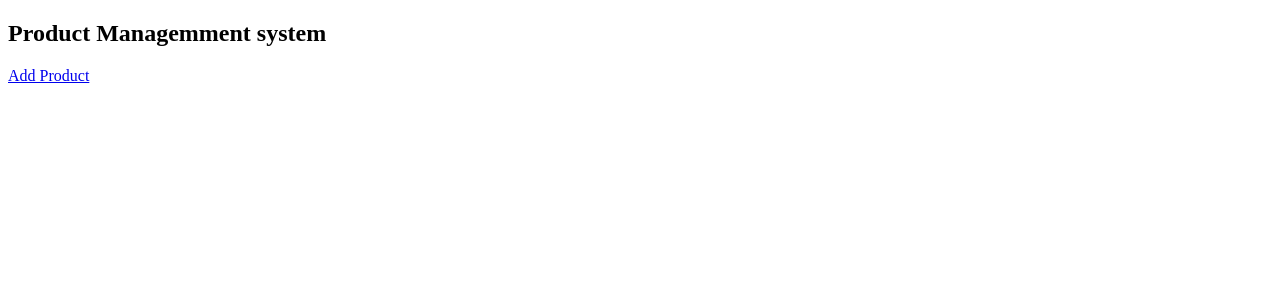
Repository: uaganesh/training
Page: ServletWithHibernate/src/main/webapp/index.html
The author's editor kept a copy of each file at every save. The page is drawn from the files as they stood at one save, then again after the next save.
The browser window is 1280 px wide. The pictures show the whole page.

Above is the page before, as saved 2022-08-10 09:04:37.

After the next save:
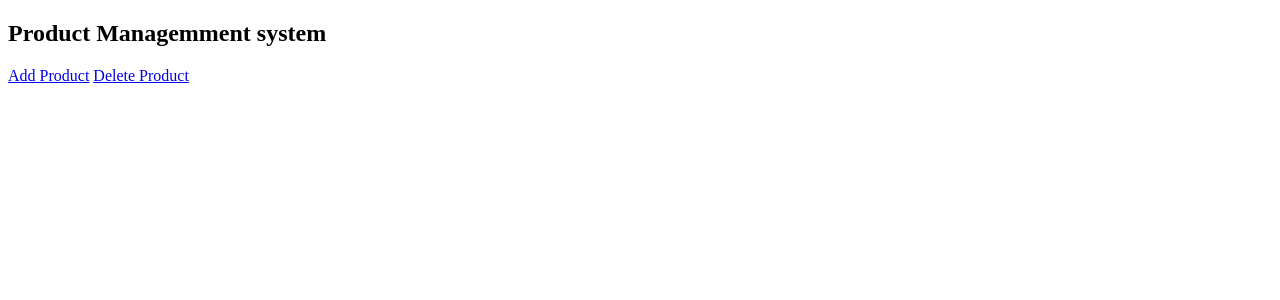
Saved 44 s later.
--- a/ServletWithHibernate/src/main/webapp/index.html
+++ b/ServletWithHibernate/src/main/webapp/index.html
@@ -7,5 +7,6 @@
 <body>
 <h2> Product Managemment system</h2>
 <a href="storeProduct.html">Add Product</a>
+<a href="deleteProduct.html">Delete Product</a>
 </body>
 </html>
